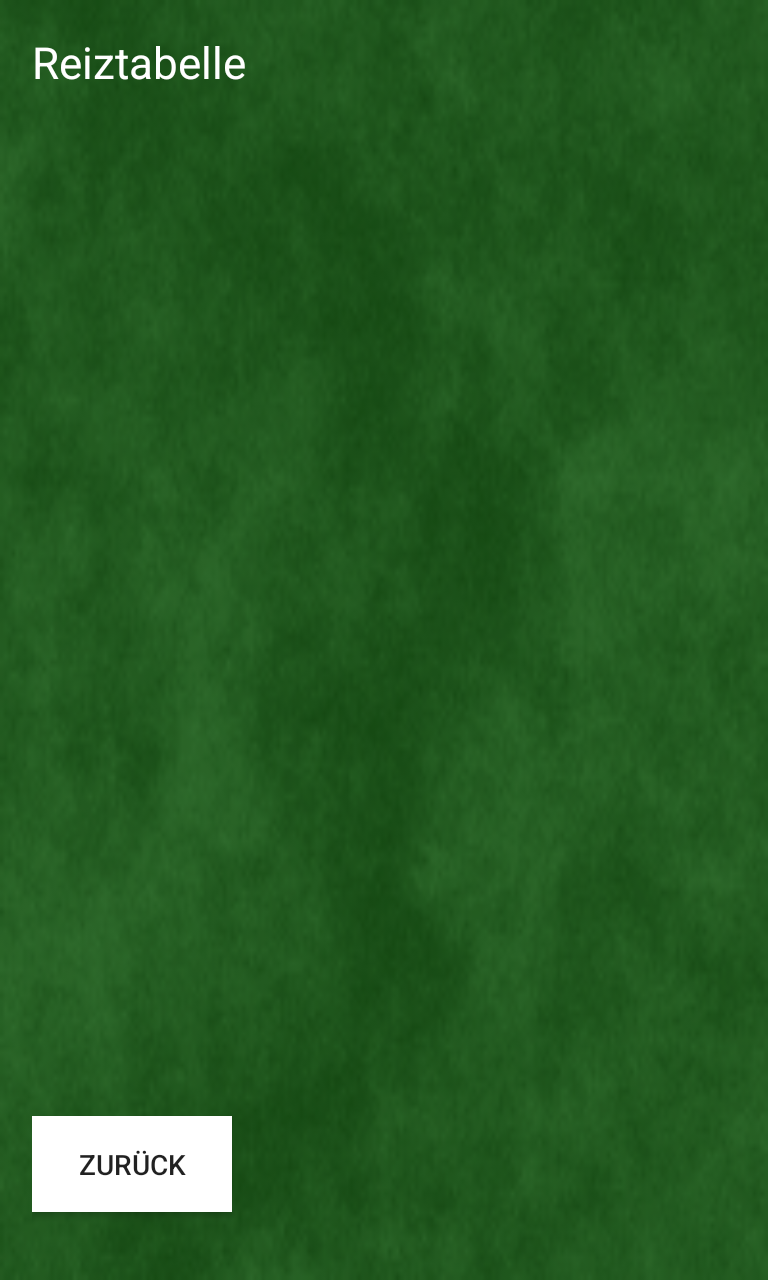
Repository: razinanu/InSy-Skat
Layout: InSy-Skat/res/layout/fragment_result.xml
These files come from the project's save history. The layout is drawn as it stood at one moment and after the next save; the edit follows.
It is drawn on a 768 x 1280 px phone screen (xhdpi) without system bars, with theme AppThemeWithoutActionBarTitle; the app's code is not run.

Above is the layout before, as saved 2014-06-21 12:05:36.

### InSy-Skat/res/layout/fragment_result.xml
<RelativeLayout xmlns:android="http://schemas.android.com/apk/res/android"
    xmlns:tools="http://schemas.android.com/tools"
    android:layout_width="match_parent"
    android:layout_height="match_parent"
    android:paddingBottom="@dimen/activity_vertical_margin"
    android:paddingLeft="@dimen/activity_horizontal_margin"
    android:paddingRight="@dimen/activity_horizontal_margin"
    android:paddingTop="@dimen/activity_vertical_margin"
    android:background="@drawable/hintergrundapp"
    tools:context="com.example.insy_skat.ResultActivity$PlaceholderFragment" >
    <TextView
        android:id="@+id/reizTabelleText"
        android:layout_width="wrap_content"
        android:layout_height="wrap_content"
        android:text="@string/reizenTabelle"
        android:textAppearance="?android:attr/textAppearanceLarge"
        android:textColor="#ffffff" />

<ScrollView
    android:id="@+id/scrollView1"
     android:layout_width="match_parent"
    android:layout_height="match_parent"
    android:layout_below="@+id/reizTabelleText"
    android:layout_centerHorizontal="true"
    android:layout_marginTop="16dp"
   android:layout_marginBottom="150dp" >

    <LinearLayout
        android:id="@+id/linearLayout"
        android:layout_width="match_parent"
        android:layout_height="wrap_content"
        android:orientation="vertical" >
    </LinearLayout>
</ScrollView>

<Button
  android:id="@+id/backbutton"
           android:layout_width="wrap_content"
           android:layout_height="wrap_content"
           android:layout_alignLeft="@+id/reizTabelleText"
           android:layout_alignParentBottom="true"
           android:layout_marginBottom="18dp"
           android:background="#ffffff"
           android:onClick="backToPrevActivity"
           android:text="@string/zurueck"
           android:width="100dp" />

</RelativeLayout>

### InSy-Skat/res/values/strings.xml
<?xml version="1.0" encoding="utf-8"?>
<resources>

    <string name="app_name">Reizassistent</string>
    <string name="action_settings">Settings</string>
    <string name="zurueck">Zurück</string>
    <string name="weiter">Weiter</string>
    <string name="menue">Menü</string>
    <string name="abbrechen">Beenden</string>
    <string name="farbspielGrand">Farbspiel/Grand</string>
    <string name="nullString">Null</string>
    <string name="grand">Grand</string>
    <string name="reizassistent">Reizassistent</string>
     <string name="bubenAuswaehlen">Buben Auswählen</string>
    <string name="farbenAuswahl">Farben Auswählen</string>
    <string name="reizenTabelle">Reiztabelle</string>
    <string name="title_activity_selected_soldiers">SelectedSoldiers</string>
    <string name="title_activity_farben_auswahl">FarbenAuswahl</string>
    <string name="title_activity_result">ResultActivity</string>
    <string name="info_title">Zusätzliche Informationen</string>
    <string name="home_title">Hauptmenü</string>
    <string name="text18">18</string>
     <string name="text20">20</string>
    <string name="text22">22</string>
     <string name="text23">23</string>
      <string name="text24">24</string>
      <string name="text27">27</string>
      <string name="text30">30</string>
      <string name="text35">35</string>
      <string name="text36">36</string>
      <string name="text40">40</string>
      <string name="text44">44</string>
      <string name="text45">45</string>
      <string name="text46">46</string>
      <string name="text48">48</string>
      <string name="text50">50</string>
      <string name="text54">54</string>
      <string name="text55">55</string>
      <string name="text59">59</string>
      <string name="text60">60</string>
      <string name="text63">63</string>
      <string name="text66">66</string>
      <string name="text70">70</string>
      <string name="text72">72</string>
      <string name="text77">77</string>
      <string name="text80">80</string>
      <string name="text81">81</string>
      <string name="text84">84</string>
      <string name="text88">88</string>
      <string name="text90">90</string>
      <string name="text96">96</string>
      <string name="text99">99</string>
      <string name="text100">100</string>
      <string name="text108">108</string>
      <string name="text110">110</string>
      <string name="text117">117</string>
      <string name="text120">120</string>

</resources>

Loaded but not shown: InSy-Skat/res/values-v11/styles.xml (common file); InSy-Skat/res/values/styles.xml (common file); InSy-Skat/res/values-v14/styles.xml (common file); InSy-Skat/res/values/dimens.xml (common file); InSy-Skat/res/values-w820dp/dimens.xml (common file)

After the next save:
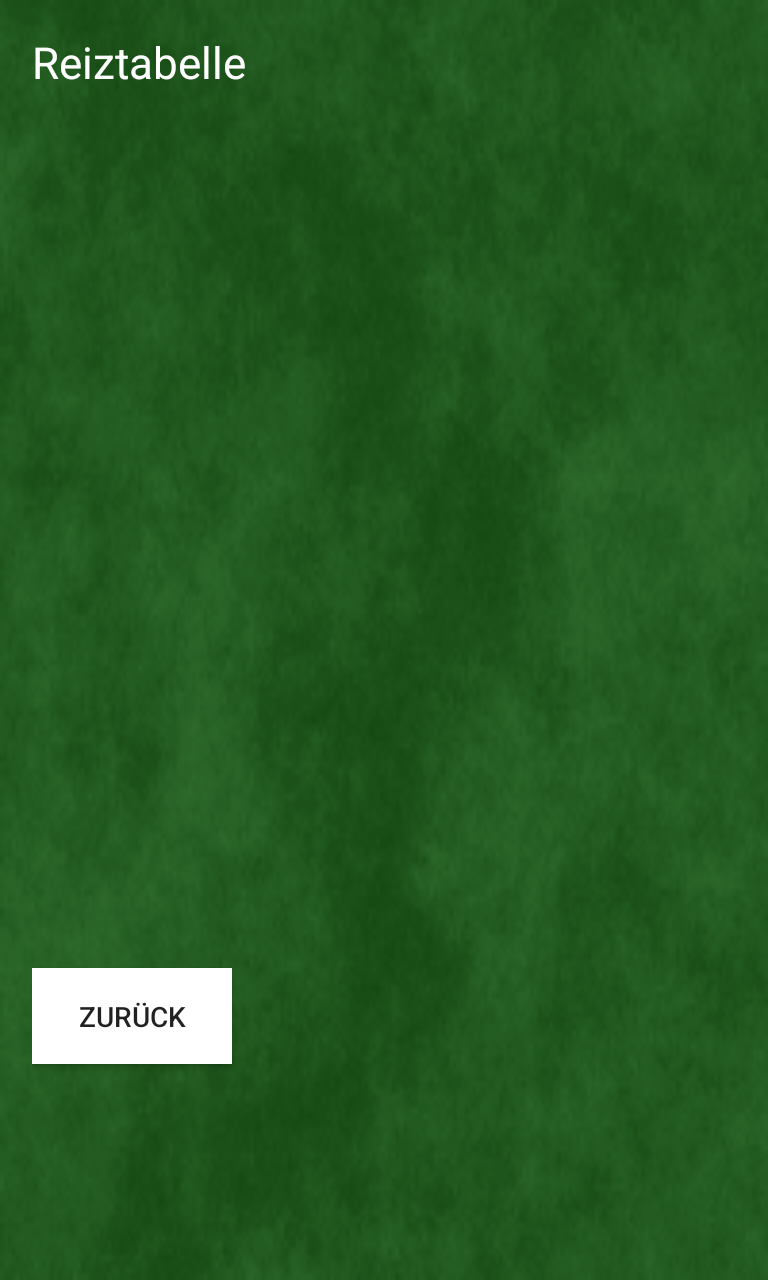
Saved 10 s later.
--- a/InSy-Skat/res/layout/fragment_result.xml
+++ b/InSy-Skat/res/layout/fragment_result.xml
@@ -34,15 +34,15 @@
 </ScrollView>
 
 <Button
-  android:id="@+id/backbutton"
-           android:layout_width="wrap_content"
-           android:layout_height="wrap_content"
-           android:layout_alignLeft="@+id/reizTabelleText"
-           android:layout_alignParentBottom="true"
-           android:layout_marginBottom="18dp"
-           android:background="#ffffff"
-           android:onClick="backToPrevActivity"
-           android:text="@string/zurueck"
-           android:width="100dp" />
+    android:id="@+id/backbutton"
+    android:layout_width="wrap_content"
+    android:layout_height="wrap_content"
+    android:layout_alignLeft="@+id/scrollView1"
+    android:layout_alignParentBottom="true"
+    android:layout_marginBottom="92dp"
+    android:background="#ffffff"
+    android:onClick="backToPrevActivity"
+    android:text="@string/zurueck"
+    android:width="100dp" />
 
 </RelativeLayout>
